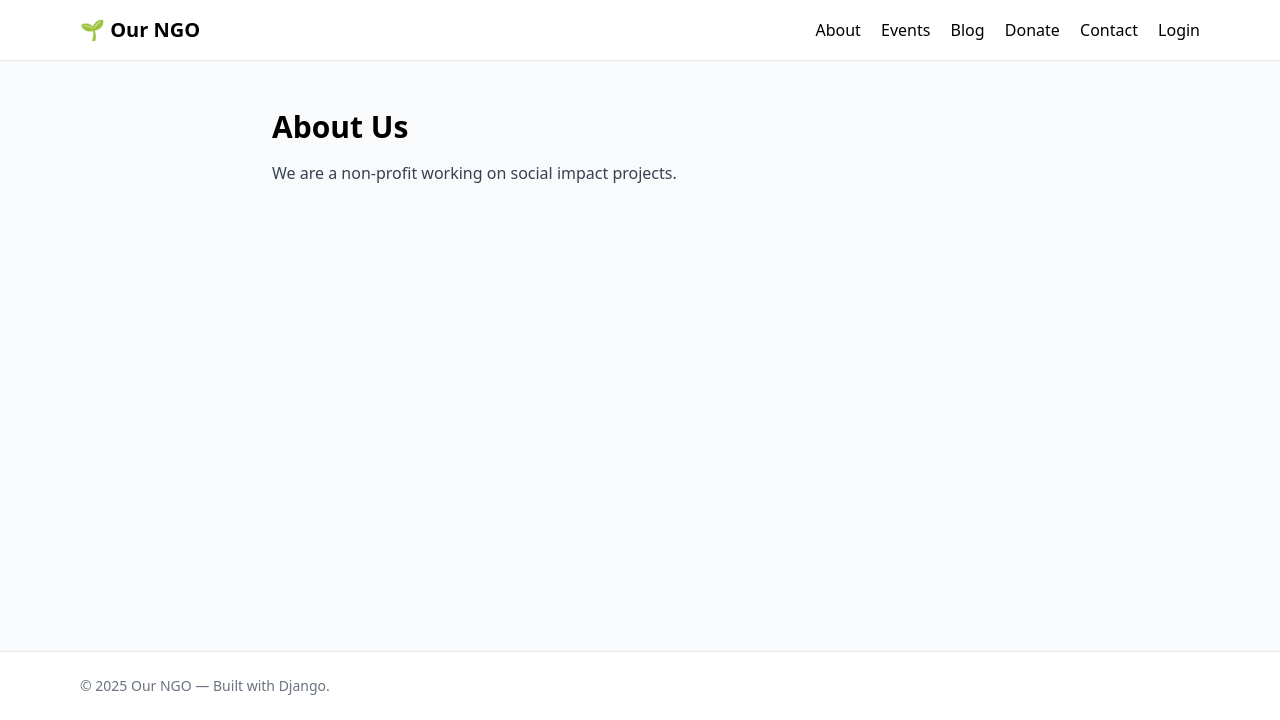
Repository: falak346/OUR-NGO
Page: http://localhost/about/
These files come from the project's save history. The page is drawn as it stood at one moment and after the next save; the edit follows.
The browser window is 1280 px wide. The pictures show the whole page.
Some web libraries are served in a nearby version. The page is served by the project's application, run on Django 5.2 (ngo_site/manage.py).

Above is the page before, as saved 2025-11-13 11:19:57.

After the next save:
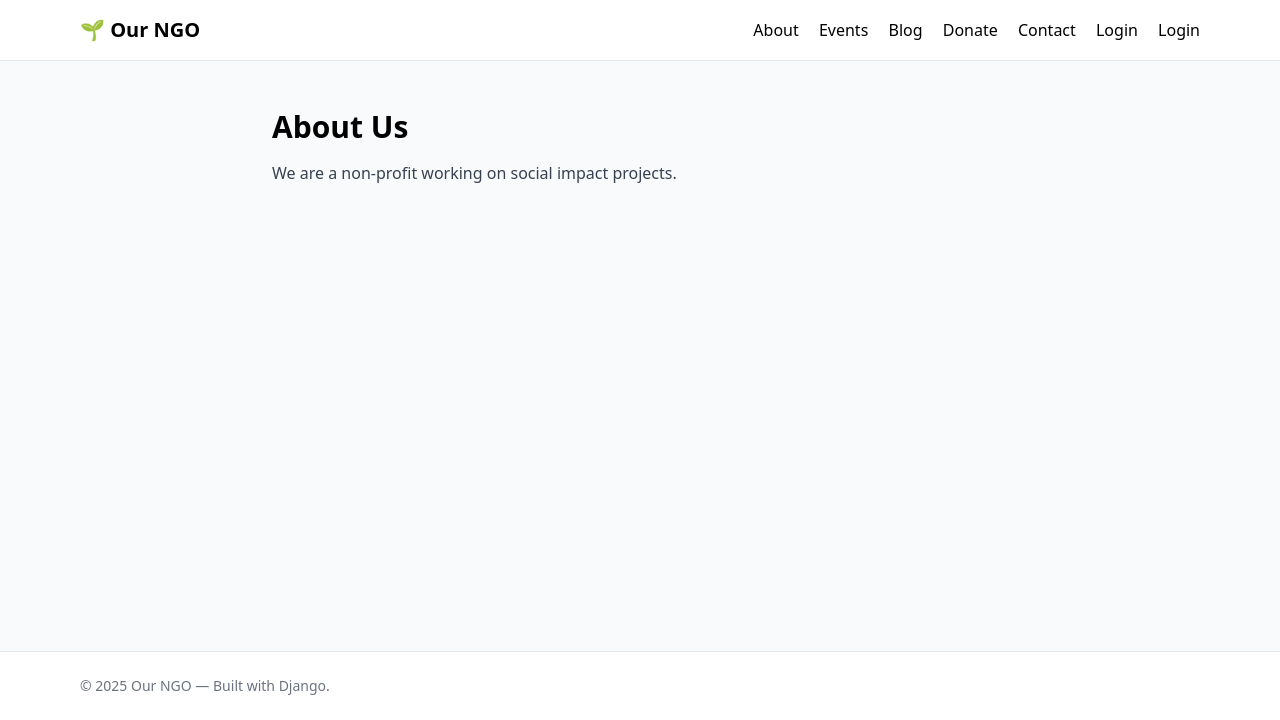
Saved 3 min 24 s later.
--- a/ngo_site/ngo_site/templates/base.html
+++ b/ngo_site/ngo_site/templates/base.html
@@ -30,6 +30,18 @@
           <a href="{% url 'login' %}">Login</a>
         {% endif %}
         {% endif %}
+
+        {% if user.is_authenticated %}
+          <form method="post" action="{% url 'logout' %}" style="display:inline;">
+            {% csrf_token %}
+            <button type="submit" style="background:none;border:none;color:blue;cursor:pointer;">
+              Logout
+            </button>
+          </form>
+        {% else %}
+          <a href="{% url 'login' %}">Login</a>
+        {% endif %}
+
       </nav>
     </div>
   </header>

After the save that followed:
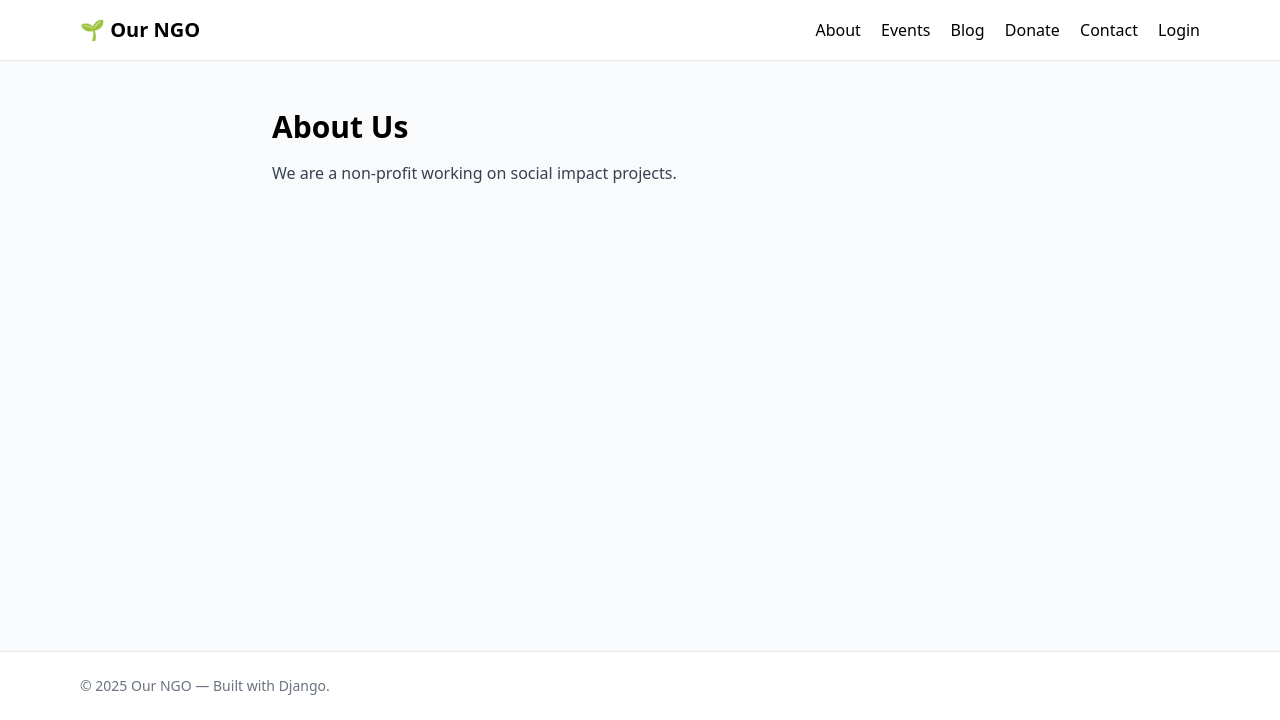
Saved 7 s later.
--- a/ngo_site/ngo_site/templates/base.html
+++ b/ngo_site/ngo_site/templates/base.html
@@ -23,13 +23,6 @@
         {% endif %} -->
 
         <!-- 13/11 -->
-        {% if request.path != '/login/' and request.path != '/accounts/login/' %}
-        {% if user.is_authenticated %}
-          <a href="{% url 'logout' %}?next=/">Logout</a>
-        {% else %}
-          <a href="{% url 'login' %}">Login</a>
-        {% endif %}
-        {% endif %}
 
         {% if user.is_authenticated %}
           <form method="post" action="{% url 'logout' %}" style="display:inline;">
